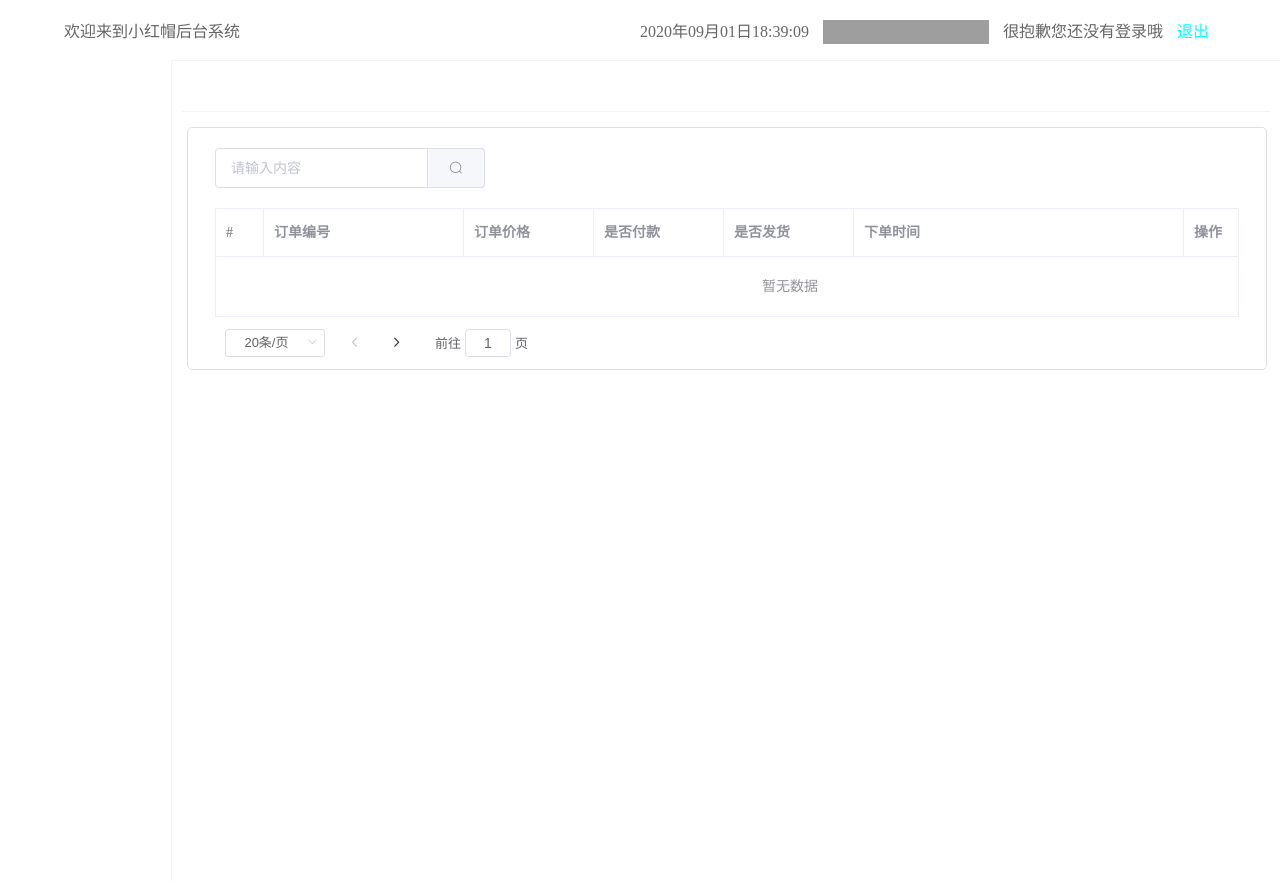
Repository: jinggegeZ/whitesystem
Page: /orders/orders
These files come from the project's save history. The page is drawn as it stood at one moment and after the next save; the edit follows.
The browser window is 1280 px wide. The pictures show the whole page.
Pictures or frames that could not be fetched are drawn as grey boxes. The page's requests for data from a server got no answer. The project was rebuilt for these pictures with package versions that can differ from the ones it lists, and the page was loaded fresh each time. No one was signed in, and anything a server would have sent is missing. Also part of the build but not shown: vue.config.js, src/views/Home.vue.

Above is the page before, as saved 2020-09-02 11:08:36.

After the next save:
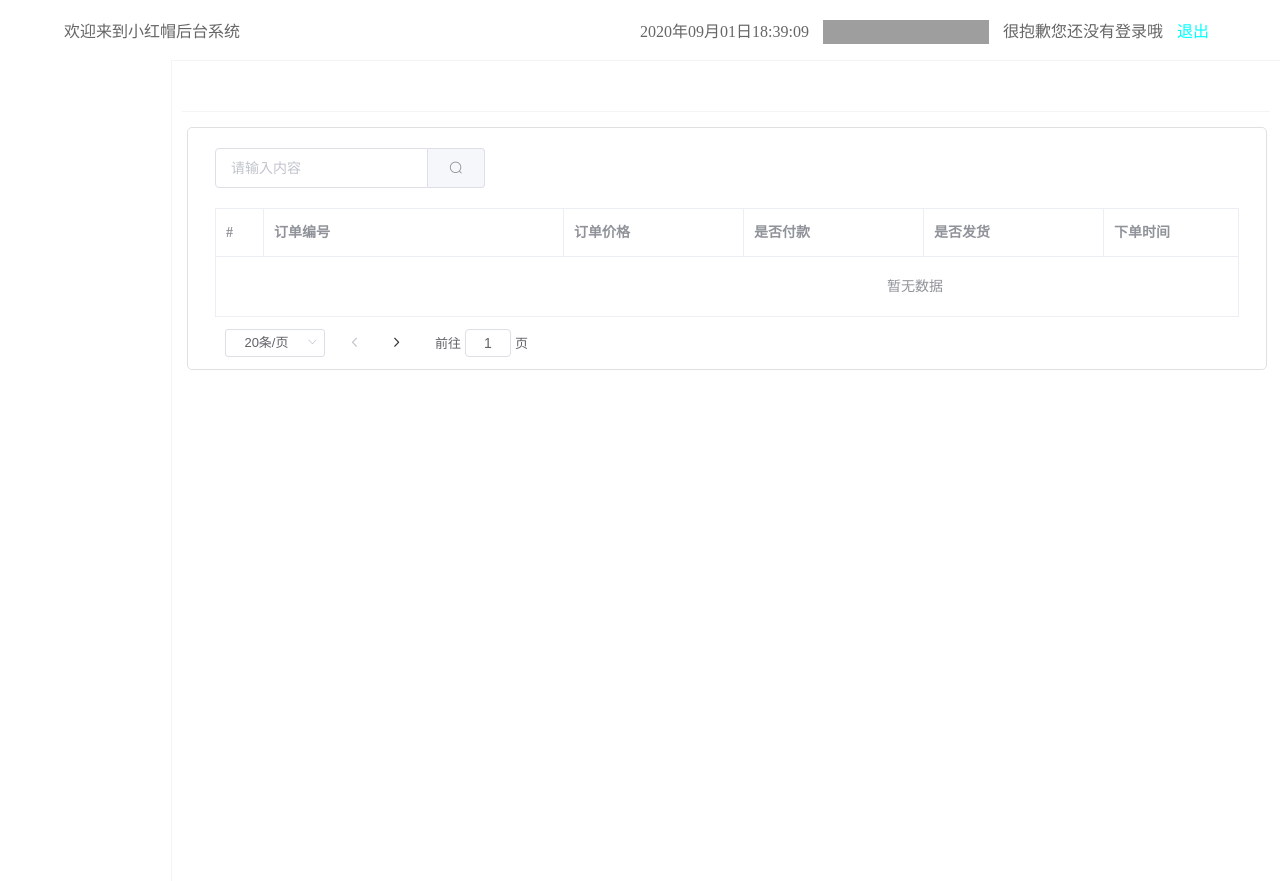
Saved 23 s later.
--- a/src/views/orderList/OrderList.vue
+++ b/src/views/orderList/OrderList.vue
@@ -17,13 +17,13 @@
             <!-- 下标 -->
             <el-table-column label="#" type="index" :index="indexMethod"></el-table-column>
             <!-- 下标 -->
-            <el-table-column prop="order_number" label="订单编号" width="200"></el-table-column>
+            <el-table-column prop="order_number" label="订单编号" width="300"></el-table-column>
             <!-- 姓名 -->
-            <el-table-column prop="order_price" label="订单价格" width="130"></el-table-column>
+            <el-table-column prop="order_price" label="订单价格" width="180"></el-table-column>
             <!-- 角色 -->
-            <el-table-column prop="pay_status" label="是否付款" width="130"></el-table-column>
+            <el-table-column prop="pay_status" label="是否付款" width="180"></el-table-column>
             <!-- 电话 -->
-            <el-table-column prop="is_send" label="是否发货" width="130"></el-table-column>
+            <el-table-column prop="is_send" label="是否发货" width="180"></el-table-column>
             <!-- 下单时间 -->
             <el-table-column prop="create_time" label="下单时间" width="330"></el-table-column>
             <!-- 操作 -->
